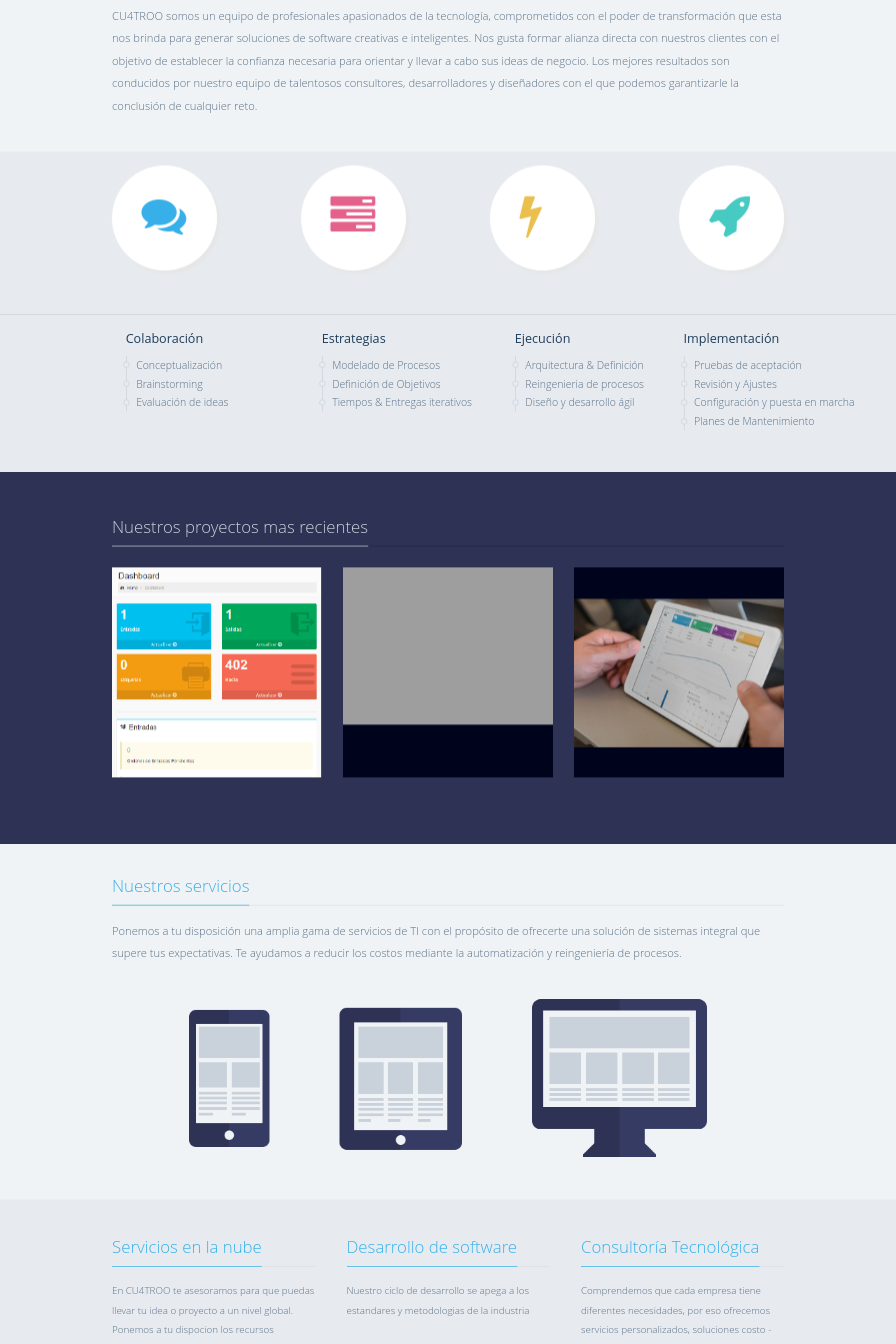
Repository: cuatroo/website
Page: index.html
The author's editor kept a record of every edit. The page is drawn from the files as they stood at one moment, then again after the next edit.
The browser window is 1280 px wide. The pictures show the part of the page from y = 601 to 2521 px (the page is 2963 px tall), at 70% of full size.
Pictures or frames that could not be fetched are drawn as grey boxes. Some web libraries are served in a nearby version.

Above is the page before.
Console error (its wording comes from the project's code and is left out).

After the next edit:
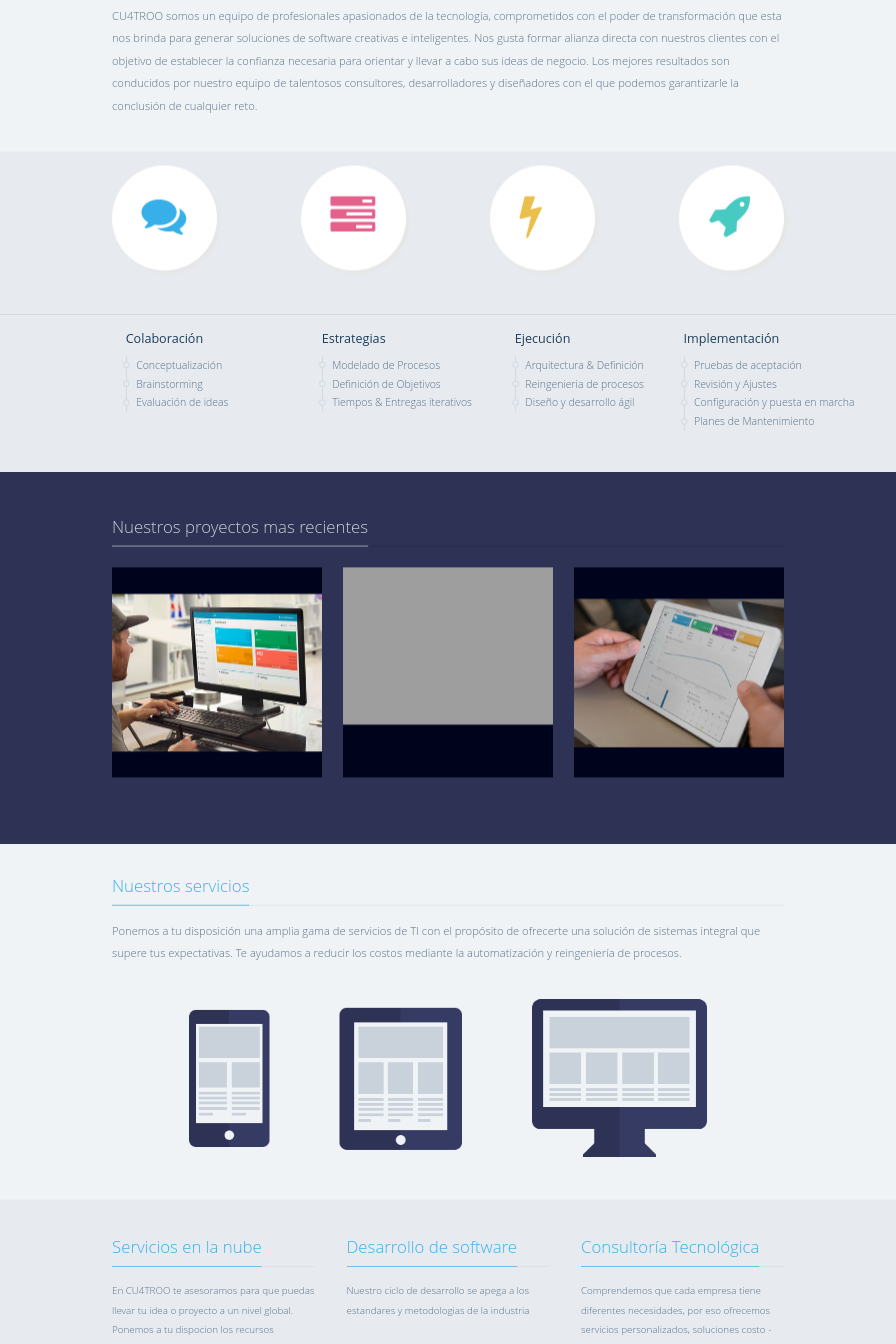
The edit:
--- a/index.html
+++ b/index.html
@@ -148,7 +148,7 @@
 		        			</header>
 		        			<div class="gallery animate">
                                 <div class="shotWrapper" data-img="assets/img/inventory.png">
-                                    <div class="shot" style="background: url(assets/img/inventory_preview.png)">
+                                    <div class="shot" style="background: url(assets/img/inventory_preview.jpg);background-position-y: 38px;">
                                         <div class="overlay">
                                             <div class="contentContainer">
                                                 <header>
